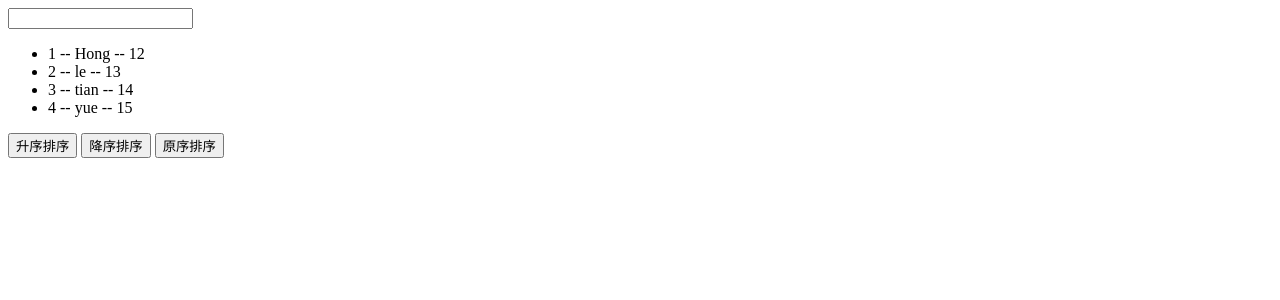
Repository: CodeHuai/vue_note
Page: 练习/index.html
These files come from the project's save history. The page is drawn as it stood at one moment and after the next save; the edit follows.
The browser window is 1280 px wide. The pictures show the whole page.

Above is the page before, as saved 2021-07-06 18:09:42.

After the next save:
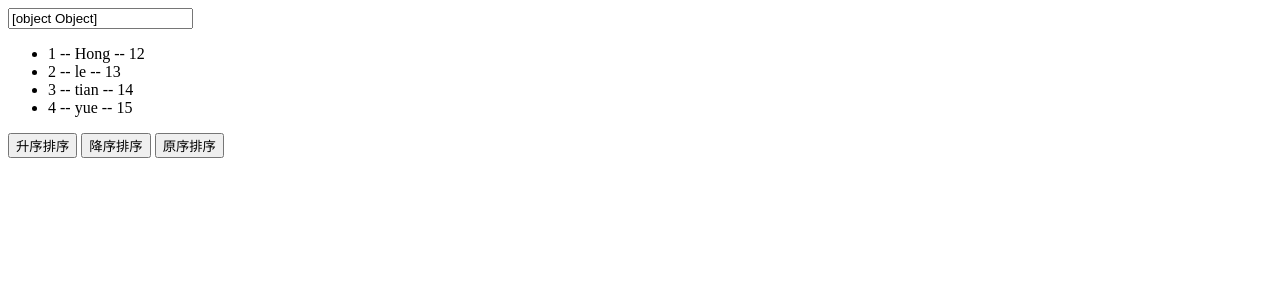
Saved 24 s later.
--- a/练习/index.html
+++ b/练习/index.html
@@ -11,7 +11,7 @@
 
 <body>
     <div id="app">
-        <input type="text" v-model='info'>
+        <input type="text" v-model='computed'>
         <ul>
             <li v-for='(item, index) in persons'>
                 {{item.id}} -- {{item.name}} -- {{item.age}}

After the save that followed:
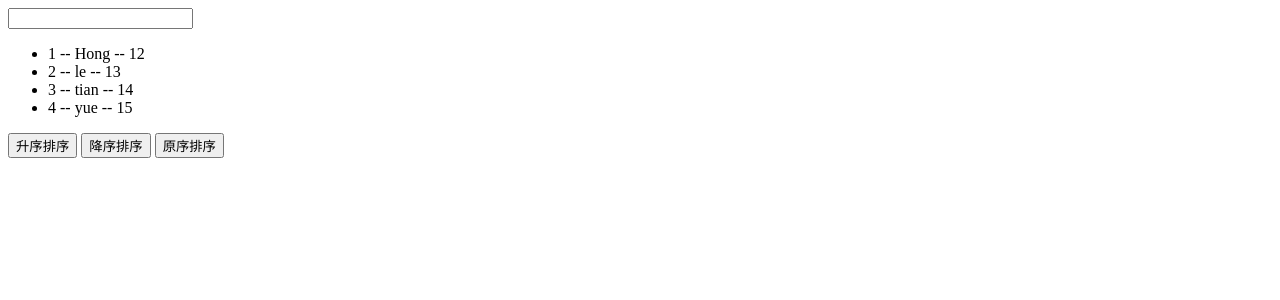
Saved 8 s later.
--- a/练习/index.html
+++ b/练习/index.html
@@ -11,7 +11,7 @@
 
 <body>
     <div id="app">
-        <input type="text" v-model='computed'>
+        <input type="text" v-model='result'>
         <ul>
             <li v-for='(item, index) in persons'>
                 {{item.id}} -- {{item.name}} -- {{item.age}}
